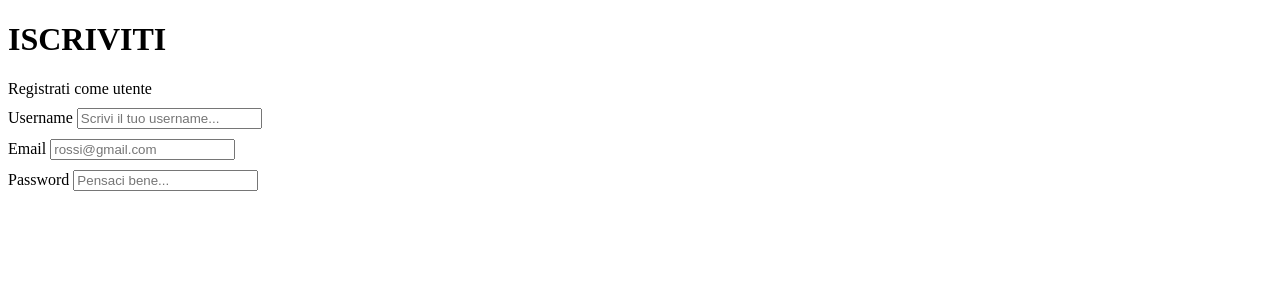
Repository: CryptoFamilyNFT/develhope
Page: html/form.html
The author's editor kept a copy of each file at every save. The page is drawn from the files as they stood at one save, then again after the next save.
The browser window is 1280 px wide. The pictures show the whole page.

Above is the page before, as saved 2024-11-06 15:51:16.

### html/form.html
<!DOCTYPE html>
<html lang="en">
  <head>
    <meta charset="UTF-8" />
    <meta name="viewport" content="width=device-width, initial-scale=1.0" />
    <title>Document</title>
  </head>
  <style>
    .container {
      display: flex;
      flex-direction: column;
      gap: 10px;
      padding-top: 10px;
    }

    .section {
        display: flex;
        flex-direction: column;
    }
  </style>
  <body>
    <form>
      <h1>ISCRIVITI</h1>
      <body1>Registrati come utente</body1>
      <div class="container">
        <div>
          <label for="Username"
            >Username
            <input
              name="Username"
              id="username"
              placeholder="Scrivi il tuo username..."
            />
          </label>
        </div>
        <div class="section">
          <label for="Email"
            >Email
            <input
              name="Email"
              id="Email"
              type="email"
              placeholder="rossi@gmail.com"
            />
          </label>
        </div>
        <div>
          <label for="password"
            >Password
            <input
              name="password"
              id="password"
              type="password"
              placeholder="Pensaci bene..."
            />
          </label>
        </div>
      </div>
    </form>
  </body>
</html>

After the next save:
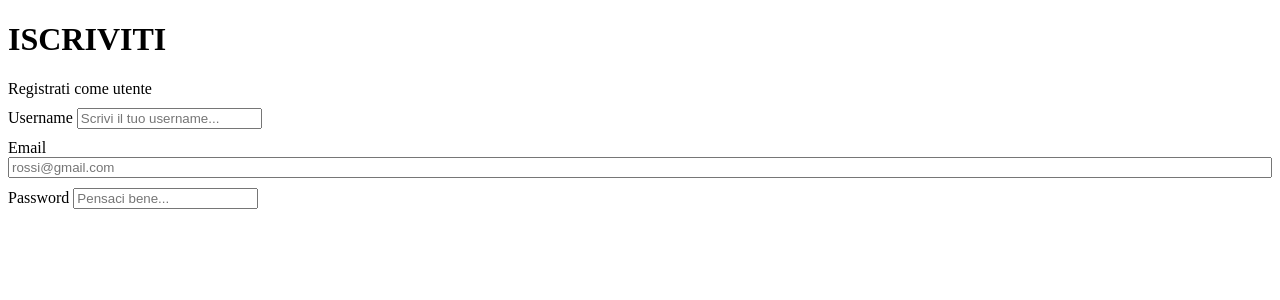
Saved 62 s later.
--- a/html/form.html
+++ b/html/form.html
@@ -34,15 +34,13 @@
           </label>
         </div>
         <div class="section">
-          <label for="Email"
-            >Email
+          <label for="Email">Email</label>
             <input
               name="Email"
               id="Email"
               type="email"
               placeholder="rossi@gmail.com"
             />
-          </label>
         </div>
         <div>
           <label for="password"
